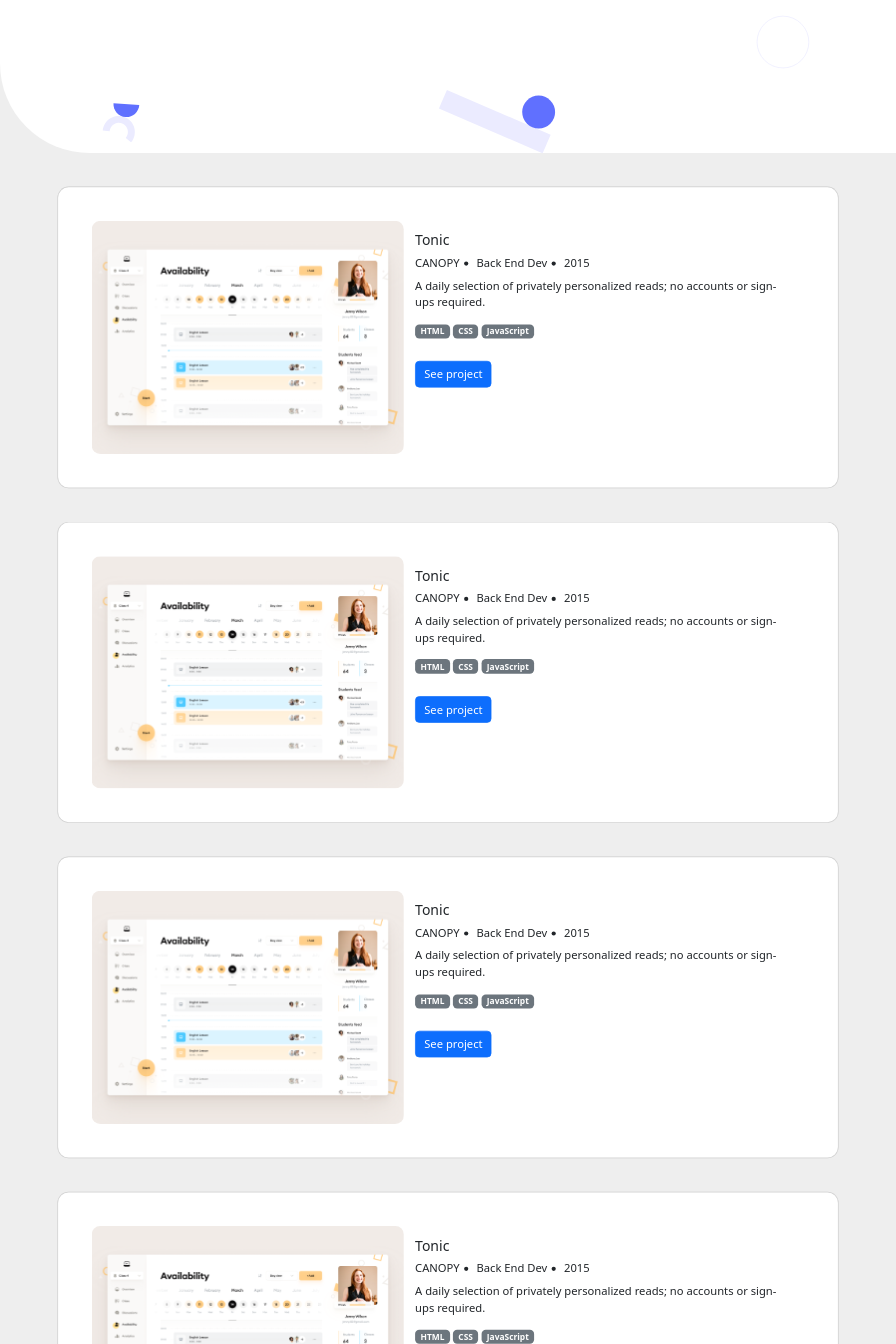
Repository: waelelsafty07/Bootstrap-Portfolio
Page: index.html
An editor plug-in stored every save of this project. The page is shown before and after a run of saves, followed by the edit.
The browser window is 1280 px wide. The pictures show the part of the page from y = 501 to 2421 px (the page is 2682 px tall), at 70% of full size.

Above is the page before, as saved 2023-04-04 17:15:54.

### index.html
<!DOCTYPE html>
<html lang="en">
<head>
    <meta charset="UTF-8">
    <meta http-equiv="X-UA-Compatible" content="IE=edge">
    <meta name="viewport" content="width=device-width, initial-scale=1.0">
    <title>Portfolio</title>
    <link rel="stylesheet" href="css/bootstrap.min.css"/>
    <link rel="stylesheet" href="styles.css"/>
</head>
<body>
    <header>
        <nav class="navbar navbar-expand-lg navbar-light">
            <div class="container">
              <a class="navbar-brand" href="#">My Logo</a>
              <button class="navbar-toggler" type="button" data-bs-toggle="collapse" data-bs-target="#navbarNav" aria-controls="navbarNav" aria-expanded="false" aria-label="Toggle navigation">
                <span class="navbar-toggler-icon"></span>
              </button>
              <div class="collapse navbar-collapse flex-row-reverse" id="navbarNav">
                <ul class="navbar-nav">
                  <li class="nav-item">
                    <a class="nav-link active" aria-current="page" href="#works">Portfolio</a>
                  </li>
                  <li class="nav-item">
                    <a class="nav-link" href="#">About</a>
                  </li>
                  <li class="nav-item">
                    <a class="nav-link" href="#">Contact</a>
                  </li>
                </ul>
              </div>
            </div>
          </nav>
    </header>
    <main>
      <section id="works" class="works m-5">
        <div class="container">
          <div class="card flex-row p-5 rounded-4">
            <img src="images/Snapshoot Portfolio (1).svg" class="card-img-top w-50" alt="...">
            <div class="card-body">
              <h5 class="card-title mb-2">Tonic</h5>
              <ul class="d-flex p-0 my-2">
                <li class="list-unstyled">CANOPY</li>
                <li class="ms-4">Back End Dev</li>
                <li class="ms-4">2015</li>
              </ul>
              <p class="card-text my-2">A daily selection of privately personalized reads; no accounts or sign-ups required.</p>
              <ul class="list-unstyled my-3">
                <li class="badge bg-secondary">HTML</li>
                <li class="badge bg-secondary">CSS</li>
                <li class="badge bg-secondary">JavaScript</li>
              </ul>
              <a href="#" class="btn btn-primary mt-3">See project</a>
            </div>
          </div>
          <div class="card flex-row p-5 rounded-4 mt-5">
            <img src="images/Snapshoot Portfolio (1).svg" class="card-img-top w-50" alt="...">
            <div class="card-body">
              <h5 class="card-title mb-2">Tonic</h5>
              <ul class="d-flex p-0 my-2">
                <li class="list-unstyled">CANOPY</li>
                <li class="ms-4">Back End Dev</li>
                <li class="ms-4">2015</li>
              </ul>
              <p class="card-text my-2">A daily selection of privately personalized reads; no accounts or sign-ups required.</p>
              <ul class="list-unstyled my-3">
                <li class="badge bg-secondary">HTML</li>
                <li class="badge bg-secondary">CSS</li>
                <li class="badge bg-secondary">JavaScript</li>
              </ul>
              <a href="#" class="btn btn-primary mt-3">See project</a>
            </div>
          </div>
          <div class="card flex-row p-5 rounded-4 mt-5">
            <img src="images/Snapshoot Portfolio (1).svg" class="card-img-top w-50" alt="...">
            <div class="card-body">
              <h5 class="card-title mb-2">Tonic</h5>
              <ul class="d-flex p-0 my-2">
                <li class="list-unstyled">CANOPY</li>
                <li class="ms-4">Back End Dev</li>
                <li class="ms-4">2015</li>
              </ul>
              <p class="card-text my-2">A daily selection of privately personalized reads; no accounts or sign-ups required.</p>
              <ul class="list-unstyled my-3">
                <li class="badge bg-secondary">HTML</li>
                <li class="badge bg-secondary">CSS</li>
                <li class="badge bg-secondary">JavaScript</li>
              </ul>
              <a href="#" class="btn btn-primary mt-3">See project</a>
            </div>
          </div>
          <div class="card flex-row p-5 rounded-4 mt-5">
            <img src="images/Snapshoot Portfolio (1).svg" class="card-img-top w-50" alt="...">
            <div class="card-body">
              <h5 class="card-title mb-2">Tonic</h5>
              <ul class="d-flex p-0 my-2">
                <li class="list-unstyled">CANOPY</li>
                <li class="ms-4">Back End Dev</li>
                <li class="ms-4">2015</li>
              </ul>
              <p class="card-text my-2">A daily selection of privately personalized reads; no accounts or sign-ups required.</p>
              <ul class="list-unstyled my-3">
                <li class="badge bg-secondary">HTML</li>
                <li class="badge bg-secondary">CSS</li>
                <li class="badge bg-secondary">JavaScript</li>
              </ul>
              <a href="#" class="btn btn-primary mt-3">See project</a>
            </div>
          </div>
        </div>

      </section>
    </main>

    <script src="js/bootstrap.bundle.min.js"></script>
</body>
</html>

### styles.css
body {
  background-color: #eee;
}
header {
  background-color: #fff;
  background-image: url("images/Header\ bg.svg");
  background-repeat: no-repeat;
  background-position: center;
  height: 100vh;
  border-bottom-left-radius: 8rem;
}
nav .navbar-brand {
  font-weight: bold;
  font-size: 1.5rem;
  color: blue;
}
nav .nav-link {
  font-weight: 500;
  font-size: 1.3rem;
  color: #000;
}

Loaded but not shown: css/bootstrap.min.css (library); js/bootstrap.bundle.min.js (library)

After the next 2 saves:
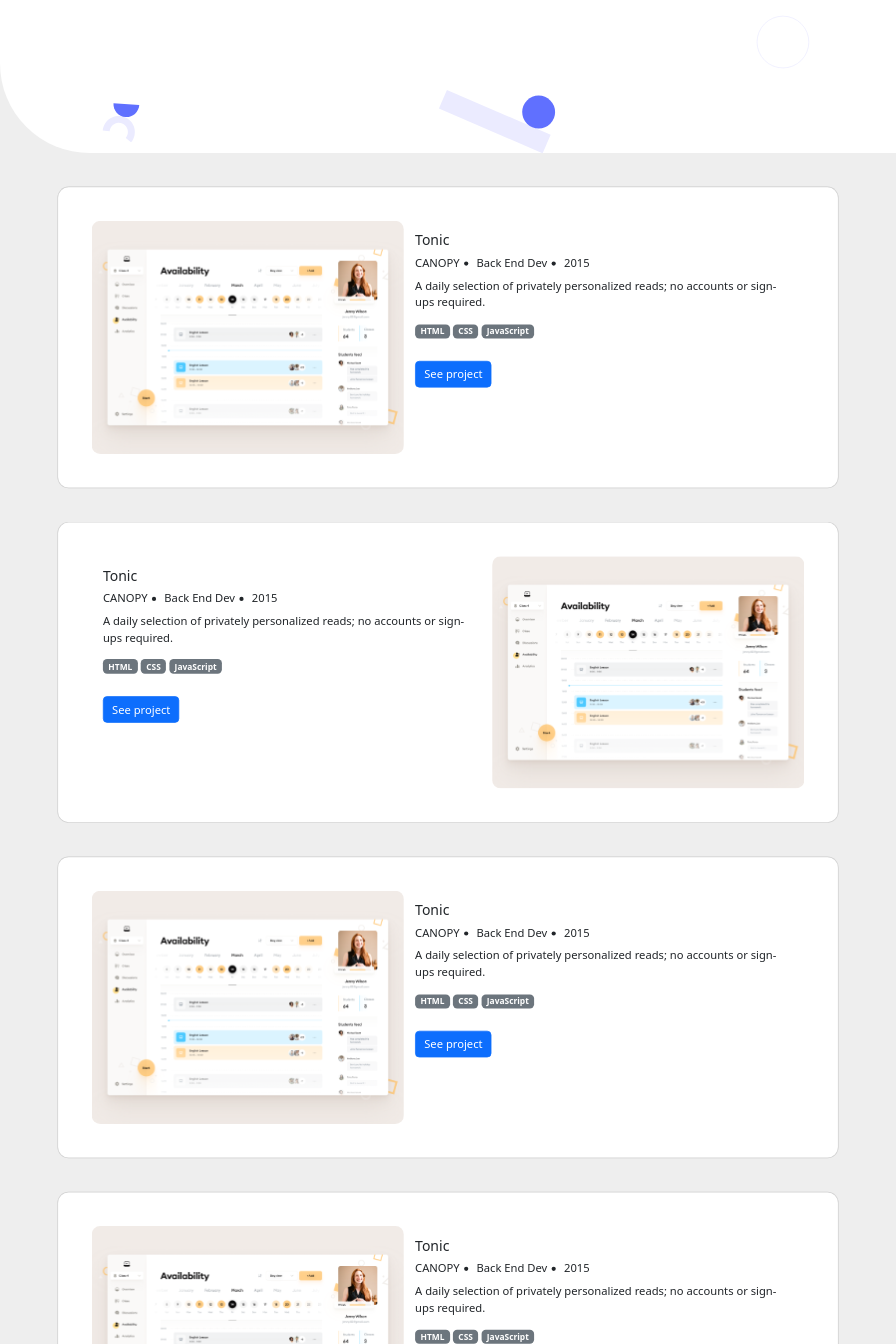
The 2 saves are shown as one change because they came seconds apart.
The last was saved 27 s later.
--- a/index.html
+++ b/index.html
@@ -53,7 +53,7 @@
               <a href="#" class="btn btn-primary mt-3">See project</a>
             </div>
           </div>
-          <div class="card flex-row p-5 rounded-4 mt-5">
+          <div class="card flex-row-reverse p-5 rounded-4 mt-5">
             <img src="images/Snapshoot Portfolio (1).svg" class="card-img-top w-50" alt="...">
             <div class="card-body">
               <h5 class="card-title mb-2">Tonic</h5>

After the save that followed:
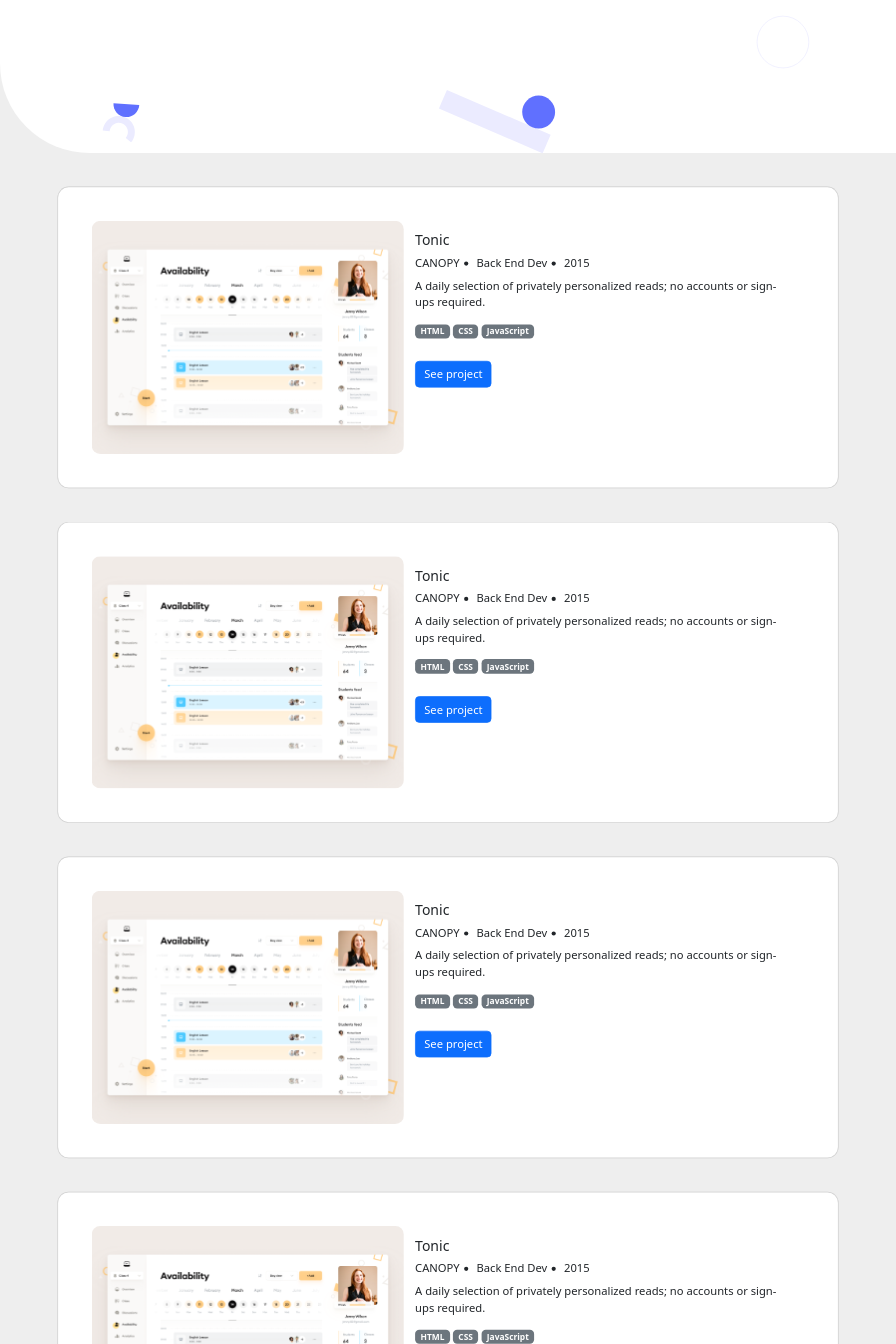
Saved 24 s later.
--- a/index.html
+++ b/index.html
@@ -53,7 +53,7 @@
               <a href="#" class="btn btn-primary mt-3">See project</a>
             </div>
           </div>
-          <div class="card flex-row-reverse p-5 rounded-4 mt-5">
+          <div class="card flex-row p-5 rounded-4 mt-5">
             <img src="images/Snapshoot Portfolio (1).svg" class="card-img-top w-50" alt="...">
             <div class="card-body">
               <h5 class="card-title mb-2">Tonic</h5>
